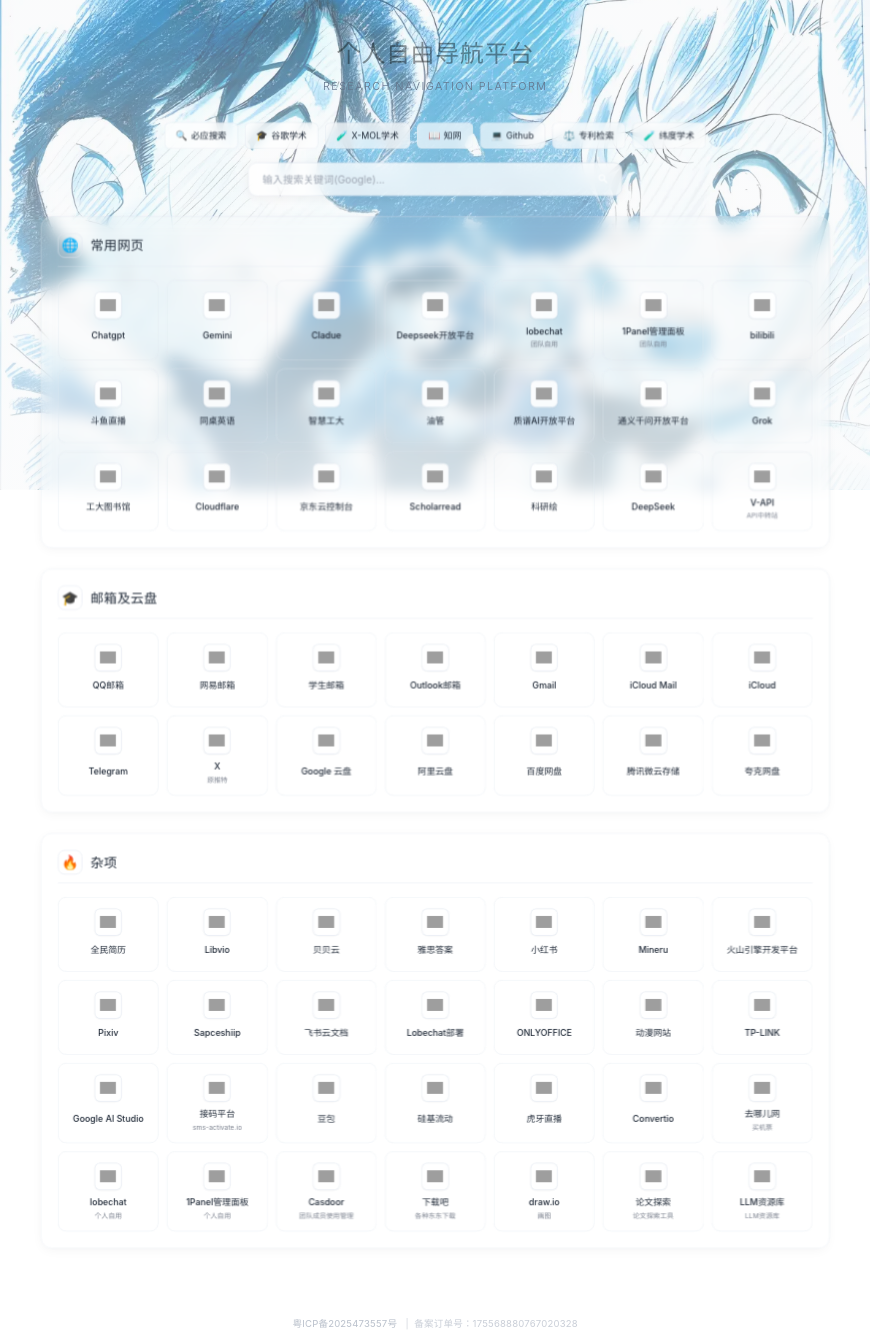
Repository: yue233-py/research-navigator
Page: /
These files come from the project's save history. The page is drawn as it stood at one moment and after the next save; the edit follows.
The browser window is 1280 px wide. The pictures show the whole page, at 68% of full size.
Pictures or frames that could not be fetched are drawn as grey boxes. The project was rebuilt for these pictures with package versions that can differ from the ones it lists, and the page was loaded fresh each time. Also part of the build but not shown: vite.config.js.

Above is the page before, as saved 2025-11-16 12:56:22.

### index.html
<!DOCTYPE html>
<html lang="">
  <head>
    <meta charset="UTF-8">
    <link rel="icon" href="/favicon.ico">
    <meta name="viewport" content="width=device-width, initial-scale=1.0">
    <title>个人自用导航</title>
  </head>
  <body>
    <div id="app"></div>
    <script type="module" src="/src/main.js"></script>
  </body>
</html>

### src/App.vue
<template>
  <div id="app">
    <!-- 背景 -->
    <div class="background"></div>

    <!-- 右上角时间地点组件 -->
    <TimeLocationWidget />

    <!-- 主要内容 -->
    <div class="container">
      <!-- 标题 -->
      <header class="header">
        <h1 style="color: black; opacity: 0.4;">个人自由导航平台</h1>
        <p class="subtitle">Research Navigation Platform</p>
      </header>

      <!-- 顶部导航 -->
      <NavigationHeader />

      <!-- 搜索框 -->
      <SearchBox />

      <!-- 工具分类区域 -->
      <div class="content">
        <CategorySection
          v-for="category in categories"
          :key="category.id"
          :category="category"
        />
      </div>
    </div>
    <FooterNotice />
  </div>
</template>

<script>
import NavigationHeader from './components/NavigationHeader.vue'
import SearchBox from './components/SearchBox.vue'
import CategorySection from './components/CategorySection.vue'
import TimeLocationWidget from './components/TimeLocationWidget.vue'
import { navigationData } from './data/navigationData.js'
import FooterNotice from './components/FooterNotice.vue'

export default {
  name: 'App',
  components: {
    NavigationHeader,
    SearchBox,
    CategorySection,
    TimeLocationWidget
    ,FooterNotice
  },
  data() {
    return {
      categories: navigationData
    }
  }
}
</script>

<style>
* {
  margin: 0;
  padding: 0;
  box-sizing: border-box;
}

body {
  font-family: -apple-system, BlinkMacSystemFont, 'Segoe UI', 'Microsoft YaHei', sans-serif;
  line-height: 1.6;
  color: #333;
}
/* 适用于 Chrome, Safari, 新版 Edge 等 Webkit 内核的浏览器 */
body::-webkit-scrollbar {
  display: none;
}
#app {
  min-height: 100vh;
  position: relative;
}

.background {
  position: fixed;
  top: 0;
  left: 0;
  width: 100%;
  height: 100%;
  background-image:
    linear-gradient(rgba(240, 242, 245, 0.3), rgba(250, 251, 252, 0.85)),
    url('./assets/image/background-image.png');
  background-size: cover, cover;
  background-position: center, center;
  background-repeat: no-repeat, no-repeat;
  z-index: -1;
}


.container {
  max-width: 1200px;
  margin: 0 auto;
  padding: 20px;
}

.header {
  text-align: center;
  margin-bottom: 40px;
  padding-top: 30px;
}

.header h1 {
  color: #1a2332;
  font-size: 2.2rem;
  font-weight: 500;
  margin-bottom: 8px;
  letter-spacing: 1px;
}

.subtitle {
  color: #64748b;
  font-size: 1rem;
  font-weight: 300;
  letter-spacing: 2px;
  text-transform: uppercase;
}

.content {
  margin-top: 30px;
  display: flex;
  flex-direction: column;
  gap: 30px;
}

@media (max-width: 768px) {
  .header h1 {
    font-size: 1.8rem;
  }

  .subtitle {
    font-size: 0.9rem;
  }

  .container {
    padding: 15px;
  }
}
</style>
/* Footer adjustments: ensure page content doesn't get hidden by fixed notice */
@media (max-width: 768px) {
  .container {
    padding-bottom: 52px; /* leave space on small screens */
  }
}

### src/components/NavigationHeader.vue
<template>
  <div class="navigation-header">
    <div class="nav-items">
      <a
        v-for="(item, index) in navItems"
        :key="item.name"
        :href="item.url"
        target="_blank"
        class="nav-item"
      >
        <span class="nav-icon">
          <!-- 优先显示图标，失败则显示emoji -->
          <img
            v-if="item.faviconUrl"
            :src="item.faviconUrl"
            :alt="item.name"
            @error="item.faviconUrl = null"
            class="favicon-img"
          />
          <span v-else>{{ item.icon }}</span>
        </span>
        <span class="nav-text">{{ item.name }}</span>
      </a>
    </div>
  </div>
</template>

<script>
export default {
  name: 'NavigationHeader',
  data() {
    return {
      navItems: [
        {
          name: '必应搜索',
          url: 'https://www.bing.com',
          icon: '🔍',
          faviconUrl: 'https://www.google.com/s2/favicons?domain=bing.com&sz=16'
        },
        {
          name: '谷歌学术',
          url: 'https://scholar.google.com',
          icon: '🎓',
          faviconUrl: 'https://www.google.com/s2/favicons?domain=scholar.google.com&sz=16'
        },
        {
          name: 'X-MOL学术',
          url: 'https://www.x-mol.com',
          icon: '🧪',
          faviconUrl: 'https://www.google.com/s2/favicons?domain=x-mol.com&sz=16'
        },
        {
          name: '知网',
          url: 'https://www.cnki.net',
          icon: '📖',
          faviconUrl: 'https://www.google.com/s2/favicons?domain=cnki.net&sz=16'
        },
        {
          name: 'Github',
          url: 'https://github.com',
          icon: '💻',
          faviconUrl: 'https://www.google.com/s2/favicons?domain=github.com&sz=16'
        },
        {
          name: '专利检索',
          url: 'https://www.soopat.com',
          icon: '⚖️',
          faviconUrl: 'https://www.google.com/s2/favicons?domain=soopat.com&sz=16'
        },
        {
          name: '纬度学术',
          url: 'https://sso.hnlat.com/',
          icon: '🧪',
          faviconUrl: 'https://www.google.com/s2/favicons?domain=hnlat.com&sz=16'
        }
      ]
    }
  }
}
</script>

<style scoped>
.navigation-header {
  margin-bottom: 20px;
}

.nav-items {
  display: flex;
  flex-wrap: wrap;
  gap: 10px;
  justify-content: center;
  align-items: center;
}

.nav-item {
  display: flex;
  align-items: center;
  gap: 6px;
  padding: 8px 16px;
  background: rgba(255, 255, 255, 0.65);
  color: #374151;
  text-decoration: none;
  border-radius: 8px;
  font-size: 13px;
  font-weight: 400;
  transition: all 0.2s ease;
  backdrop-filter: blur(8px);
  border: 1px solid rgba(226, 232, 240, 0.6);
}

.nav-item:hover {
  background: rgba(255, 255, 255, 0.85);
  transform: translateY(-1px);
  box-shadow: 0 4px 12px rgba(0, 0, 0, 0.08);
  border-color: rgba(203, 213, 224, 0.8);
}

.nav-icon {
  display: flex;
  align-items: center;
  justify-content: center;
  width: 16px;
  height: 16px;
  font-size: 14px;
}

.favicon-img {
  width: 16px;
  height: 16px;
  object-fit: contain;
  border-radius: 2px;
}

.nav-text {
  white-space: nowrap;
  color: #1f2937;
}

@media (max-width: 768px) {
  .nav-items {
    gap: 8px;
  }

  .nav-item {
    padding: 6px 12px;
    font-size: 12px;
  }

  .nav-icon {
    width: 14px;
    height: 14px;
    font-size: 12px;
  }

  .favicon-img {
    width: 14px;
    height: 14px;
  }
}

@media (max-width: 480px) {
  .nav-items {
    justify-content: flex-start;
    overflow-x: auto;
    padding-bottom: 8px;
  }

  .nav-item {
    flex-shrink: 0;
  }
}
</style>

### src/components/SearchBox.vue
<template>
  <div class="search-container">
    <div class="search-box">
      <input
        v-model="searchText"
        type="text"
        placeholder="输入搜索关键词(Google)..."
        class="search-input"
        @keyup.enter="handleSearch"
        style="background: transparent !important;"

      />
      <button
        class="search-button"
        @click="handleSearch"
        style="background-color: transparent;  cursor: pointer;"
      >
        <svg class="search-icon" viewBox="0 0 24 24" width="18" height="18">
          <path fill="currentColor" d="M15.5 14h-.79l-.28-.27C15.41 12.59 16 11.11 16 9.5 16 5.91 13.09 3 9.5 3S3 5.91 3 9.5 5.91 16 9.5 16c1.61 0 3.09-.59 4.23-1.57l.27.28v.79l5 4.99L20.49 19l-4.99-5zm-6 0C7.01 14 5 11.99 5 9.5S7.01 5 9.5 5 14 7.01 14 9.5 11.99 14 9.5 14z"/>
        </svg>
      </button>
    </div>
  </div>
</template>

<script>
export default {
  name: 'SearchBox',
  data() {
    return {
      searchText: ''
    }
  },
  methods: {
    handleSearch() {
      if (this.searchText.trim()) {
        const searchUrl = `https://www.google.com/search?q=${encodeURIComponent(this.searchText)}`;
        window.open(searchUrl, '_blank');
      }
    }
  }
}
</script>

<style scoped>
.search-container {
  display: flex;
  justify-content: center;
  margin-bottom: 30px;
}

.search-box {
  position: relative;
  width: 100%;
  max-width: 550px;
  display: flex;
  background: rgba(255, 255, 255, 0.75);
  border-radius: 12px;
  overflow: hidden;
  box-shadow: 0 4px 16px rgba(0, 0, 0, 0.06);
  backdrop-filter: blur(12px);
  border: 1px solid rgba(226, 232, 240, 0.6);
  transition: all 0.2s ease;
}

.search-box:hover {
  box-shadow: 0 6px 20px rgba(0, 0, 0, 0.08);
  border-color: rgba(203, 213, 224, 0.8);
}

.search-box:focus-within {
  box-shadow: 0 6px 20px rgba(0, 0, 0, 0.1);
  border-color: rgba(148, 163, 184, 0.8);
}

.search-input {
  flex: 1;
  padding: 14px 20px;
  border: none;
  outline: none;
  font-size: 15px;
  background: transparent;
  color: #374151;
  font-family: inherit;
}

.search-input::placeholder {
  color: #9ca3af;
}

.search-button {
  padding: 14px 18px;
  border: none;
  background: #374151;
  color: white;
  cursor: pointer;
  display: flex;
  align-items: center;
  justify-content: center;
  transition: all 0.2s ease;
  border-radius: 0;
}

.search-button:hover {
  background: #1f2937;
}

.search-icon {
  width: 18px;
  height: 18px;
}

@media (max-width: 768px) {
  .search-container {
    padding: 0 15px;
  }

  .search-input {
    padding: 12px 16px;
    font-size: 14px;
  }

  .search-button {
    padding: 12px 16px;
  }
}
</style>

### src/components/CategorySection.vue
<template>
  <div class="category-section">
    <div class="category-header">
      <span class="category-icon">{{ category.icon }}</span>
      <h2 class="category-title">{{ category.name }}</h2>
    </div>

    <div class="tools-grid">
      <ToolCard
        v-for="tool in category.tools"
        :key="tool.id"
        :tool="tool"
      />
    </div>
  </div>
</template>

<script>
import ToolCard from './ToolCard.vue'

export default {
  name: 'CategorySection',
  components: {
    ToolCard
  },
  props: {
    category: {
      type: Object,
      required: true
    }
  }
}
</script>

<style scoped>
.category-section {
  background: transparent !important;
  border-radius: 16px;
  padding: 24px;
  box-shadow: 0 4px 16px rgba(0, 0, 0, 0.04);
  backdrop-filter: blur(12px);
  border: 1px solid rgba(226, 232, 240, 0.5);
  transition: all 0.2s ease;
}

.category-section:hover {
  background: rgba(255, 255, 255, 0.75);
  box-shadow: 0 6px 20px rgba(0, 0, 0, 0.06);
  border-color: rgba(203, 213, 224, 0.6);
}

.category-header {
  display: flex;
  align-items: center;
  gap: 12px;
  margin-bottom: 20px;
  padding-bottom: 12px;
  border-bottom: 1px solid rgba(226, 232, 240, 0.6);
}

.category-icon {
  font-size: 20px;
  width: 36px;
  height: 36px;
  display: flex;
  align-items: center;
  justify-content: center;
  background: transparent !important;
  border-radius: 10px;
  color: #374151;
  border: 1px solid rgba(226, 232, 240, 0.8);
}

.category-title {
  font-size: 1.2rem;
  font-weight: 500;
  color: #1f2937;
  margin: 0;
  letter-spacing: 0.5px;
}

.tools-grid {
  display: grid;
  grid-template-columns: repeat(auto-fill, minmax(130px, 1fr));
  gap: 12px;
}

@media (max-width: 768px) {
  .category-section {
    padding: 20px;
  }

  .tools-grid {
    grid-template-columns: repeat(auto-fill, minmax(110px, 1fr));
    gap: 10px;
  }

  .category-title {
    font-size: 1.1rem;
  }

  .category-icon {
    width: 32px;
    height: 32px;
    font-size: 18px;
  }
}

@media (max-width: 480px) {
  .tools-grid {
    grid-template-columns: repeat(auto-fill, minmax(95px, 1fr));
    gap: 8px;
  }
}
</style>

### src/components/TimeLocationWidget.vue
<template>

</template>

<script>

</script>

<style scoped>

</style>

### src/components/FooterNotice.vue
<template>
  <div class="footer-notice">
    <div class="notice-inner">
      <a
        class="beian-link"
        href="https://beian.miit.gov.cn/"
        target="_blank"
        rel="noopener noreferrer"
        aria-label="工信部备案查询"
      >
        粤ICP备2025473557号
      </a>
      <span class="sep">|</span>
      <span class="order">备案订单号：175568880767020328</span>
    </div>
  </div>
</template>

<script>
export default {
  name: 'FooterNotice'
}
</script>

<style scoped>
.footer-notice {
  width: 100%;
  padding: 20px 0 16px;
  text-align: center;
  margin-top: 60px;
}

.notice-inner {
  font-size: 14px;
  color: rgba(100, 116, 139, 0.4); /* 非常淡的灰色 */
  line-height: 1.5;
  letter-spacing: 0.3px;
}

.beian-link {
  color: rgba(100, 116, 139, 0.45);
  text-decoration: none;
  transition: all 0.3s ease;
}

.beian-link:hover {
  color: rgba(100, 116, 139, 0.7);
  text-decoration: none;
}

.beian-link:focus-visible {
  outline: 1px solid rgba(59, 130, 246, 0.3);
  outline-offset: 2px;
  border-radius: 2px;
}

.sep {
  margin: 0 8px;
  color: rgba(100, 116, 139, 0.3);
}

.order {
  color: rgba(100, 116, 139, 0.35);
}

/* 移动端优化 */
@media (max-width: 768px) {
  .footer-notice {
    padding: 16px 0 12px;
    margin-top: 40px;
  }

  .notice-inner {
    font-size: 12px;
    padding: 0 16px;
  }

  .sep {
    margin: 0 6px;
  }
}

/* 超小屏幕：换行显示 */
@media (max-width: 480px) {
  .notice-inner {
    font-size: 9px;
    line-height: 1.6;
  }

  .sep {
    display: block;
    margin: 2px 0;
    opacity: 0;
    height: 0;
  }

  .order {
    display: block;
    margin-top: 2px;
  }
}
</style>

### src/components/LoadingOverlay.vue
<template>
  <transition
    name="loading-fade"
    @enter="onEnter"
    @after-leave="onAfterLeave"
  >
    <div v-if="isVisible" class="loading-overlay">
      <!-- 背景遮罩 -->
      <div class="loading-backdrop"></div>

      <!-- 加载动画容器 -->
      <div class="loading-container">
        <!-- 圆形加载动画 -->
        <div class="spinner">
          <div class="spinner-circle"></div>
        </div>

        <!-- 加载文字 -->
        <p class="loading-text">{{ loadingText }}</p>

        <!-- 进度条（可选） -->
        <div class="progress-bar">
          <div class="progress-fill" :style="{ width: progress + '%' }"></div>
        </div>
      </div>
    </div>
  </transition>
</template>

<script>
export default {
  name: 'LoadingOverlay',
  props: {
    isVisible: {
      type: Boolean,
      default: true
    },
    loadingText: {
      type: String,
      default: '加载中...'
    },
    progress: {
      type: Number,
      default: 0,
      validator: (value) => value >= 0 && value <= 100
    },
    duration: {
      type: Number,
      default: 800 // 过渡动画持续时间（毫秒）
    }
  },
  emits: ['loading-end'],
  methods: {
    onEnter(el) {
      // 进入动画回调
      el.style.opacity = '0';
      setTimeout(() => {
        el.style.transition = `opacity ${this.duration}ms ease-in-out`;
        el.style.opacity = '1';
      }, 10);
    },
    onAfterLeave() {
      // 离开动画完成后的回调
      this.$emit('loading-end');
    }
  }
}
</script>

<style scoped>
/* 加载覆盖层容器 */
.loading-overlay {
  position: fixed;
  top: 0;
  left: 0;
  width: 100%;
  height: 100%;
  display: flex;
  align-items: center;
  justify-content: center;
  z-index: 99999;
}

/* 背景遮罩 */
.loading-backdrop {
  position: absolute;
  top: 0;
  left: 0;
  width: 100%;
  height: 100%;
  background: linear-gradient(
    135deg,
    rgba(240, 242, 245, 0.95) 0%,
    rgba(250, 251, 252, 0.98) 100%
  );
  backdrop-filter: blur(2px);
}

/* 加载动画容器 */
.loading-container {
  position: relative;
  z-index: 1;
  display: flex;
  flex-direction: column;
  align-items: center;
  gap: 20px;
}

/* 旋转加载动画 */
.spinner {
  position: relative;
  width: 50px;
  height: 50px;
  display: flex;
  align-items: center;
  justify-content: center;
}

.spinner-circle {
  position: absolute;
  width: 50px;
  height: 50px;
  border: 4px solid rgba(26, 35, 50, 0.1);
  border-top-color: #1a2332;
  border-right-color: #1a2332;
  border-radius: 50%;
  animation: spin 1s linear infinite;
}

@keyframes spin {
  0% {
    transform: rotate(0deg);
  }
  100% {
    transform: rotate(360deg);
  }
}

/* 加载文字 */
.loading-text {
  color: #1a2332;
  font-size: 16px;
  font-weight: 500;
  letter-spacing: 1px;
  margin: 10px 0 0 0;
  animation: pulse 2s ease-in-out infinite;
}

@keyframes pulse {
  0%, 100% {
    opacity: 1;
  }
  50% {
    opacity: 0.6;
  }
}

/* 进度条 */
.progress-bar {
  width: 200px;
  height: 4px;
  background: rgba(26, 35, 50, 0.1);
  border-radius: 2px;
  overflow: hidden;
  margin-top: 10px;
}

.progress-fill {
  height: 100%;
  background: linear-gradient(
    90deg,
    #1a2332 0%,
    #334155 100%
  );
  border-radius: 2px;
  transition: width 0.3s ease;
}

/* 过渡动画 */
.loading-fade-enter-active,
.loading-fade-leave-active {
  transition: opacity 0.8s ease-in-out;
}

.loading-fade-enter-from,
.loading-fade-leave-to {
  opacity: 0;
}

.loading-fade-enter-to,
.loading-fade-leave-from {
  opacity: 1;
}

/* 响应式设计 */
@media (max-width: 480px) {
  .spinner-circle {
    width: 40px;
    height: 40px;
    border-width: 3px;
  }

  .spinner {
    width: 40px;
    height: 40px;
  }

  .loading-text {
    font-size: 14px;
  }

  .progress-bar {
    width: 150px;
  }
}
</style>

Loaded but not shown: src/main.js (common file); src/data/navigationData.js (527 lines, source omitted); src/composables/usePageLoader.js (125 lines, source omitted); src/components/ToolCard.vue (383 lines, source omitted)

After the next save:
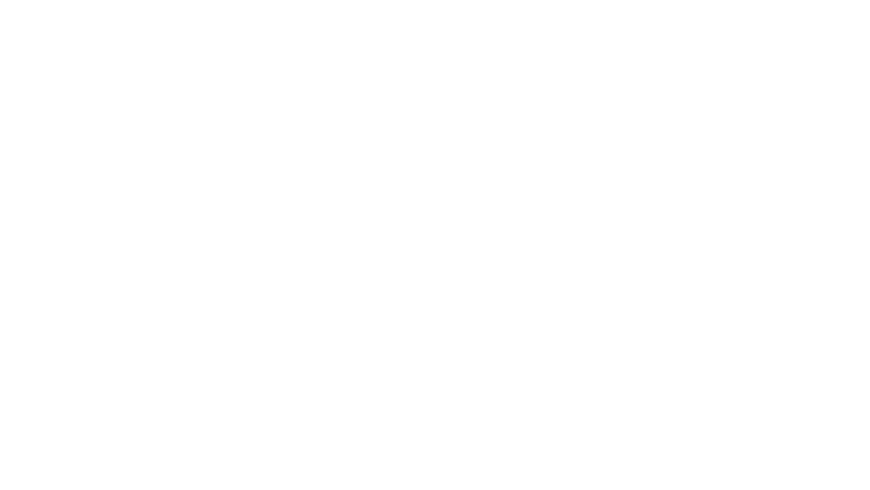
Console error: TypeError: Cannot read properties of undefined (reading 'isLoading')
Saved 19 s later.
--- a/src/App.vue
+++ b/src/App.vue
@@ -1,5 +1,12 @@
 <template>
   <div id="app">
+    <!-- 加载动画 -->
+    <LoadingOverlay
+      :is-visible="pageLoader.isLoading.value"
+      :loading-text="pageLoader.loadingText.value"
+      :progress="pageLoader.progress.value"
+    />
+
     <!-- 背景 -->
     <div class="background"></div>
 

After the 2 saves that followed:
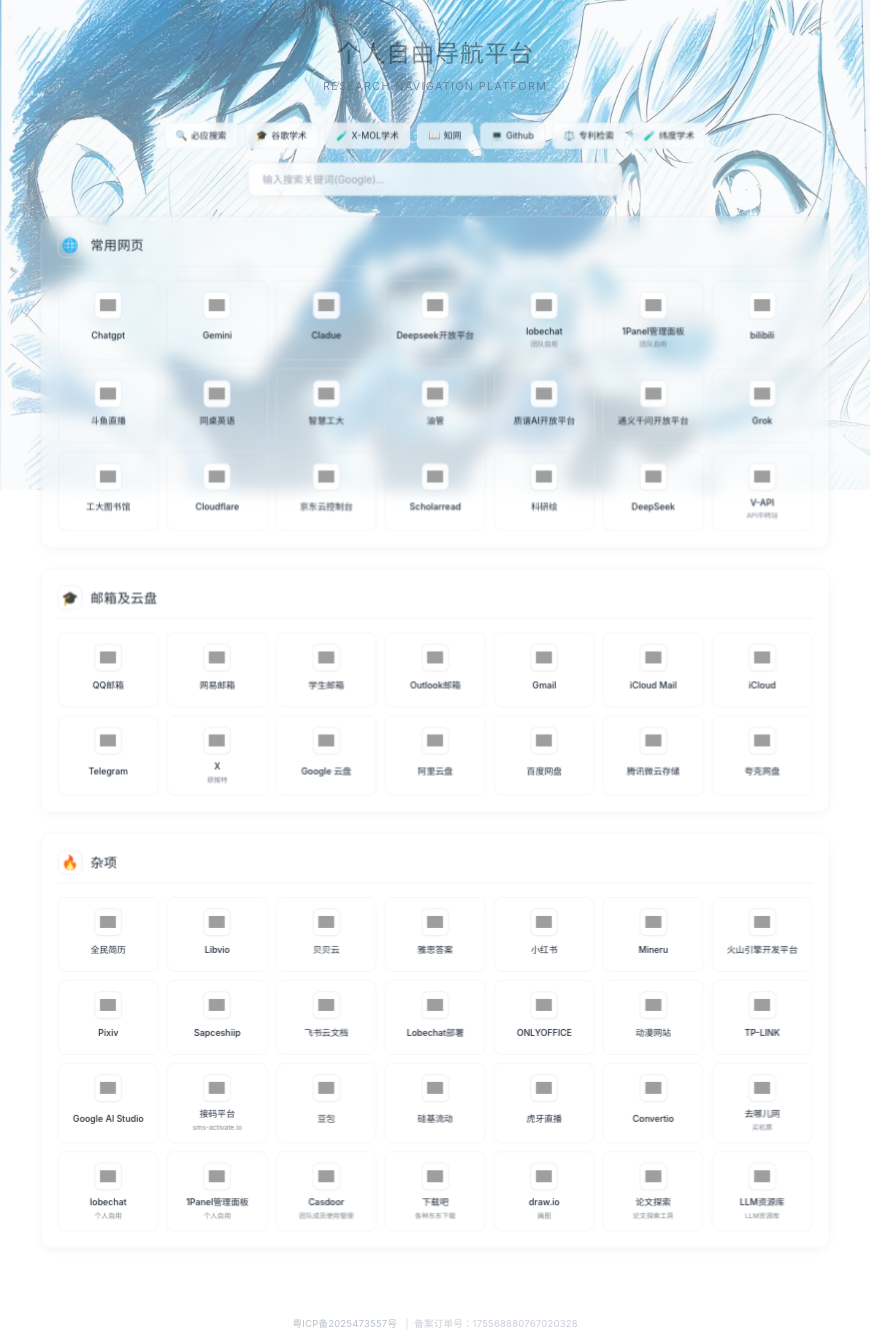
The error is gone.
The 2 saves are shown as one change because 1 left the picture as it was.
The last was saved 10 s later.
--- a/src/App.vue
+++ b/src/App.vue
@@ -45,8 +45,10 @@
 import SearchBox from './components/SearchBox.vue'
 import CategorySection from './components/CategorySection.vue'
 import TimeLocationWidget from './components/TimeLocationWidget.vue'
+import LoadingOverlay from './components/LoadingOverlay.vue'
+import FooterNotice from './components/FooterNotice.vue'
 import { navigationData } from './data/navigationData.js'
-import FooterNotice from './components/FooterNotice.vue'
+import { usePageLoader } from './composables/usePageLoader.js'
 
 export default {
   name: 'App',
@@ -54,13 +56,34 @@
     NavigationHeader,
     SearchBox,
     CategorySection,
-    TimeLocationWidget
-    ,FooterNotice
+    TimeLocationWidget,
+    LoadingOverlay,
+    FooterNotice
+  },
+  setup() {
+    const pageLoader = usePageLoader({
+      autoHideDelay: 2000,    // 2秒后自动隐藏
+      showMinDuration: 1200   // 最少显示1.2秒
+    })
+    return { pageLoader }
   },
   data() {
     return {
       categories: navigationData
     }
+  },
+  mounted() {
+    // 页面挂载时显示加载动画
+    this.pageLoader.show('加载中，请稍候...')
+
+    // 模拟内容加载完成（实际项目可替换为真实数据加载）
+    setTimeout(() => {
+      this.pageLoader.hide(500) // 500ms 后隐藏
+    }, 800)
+  },
+  beforeUnmount() {
+    // 清理计时器
+    this.pageLoader.cleanup()
   }
 }
 </script>
